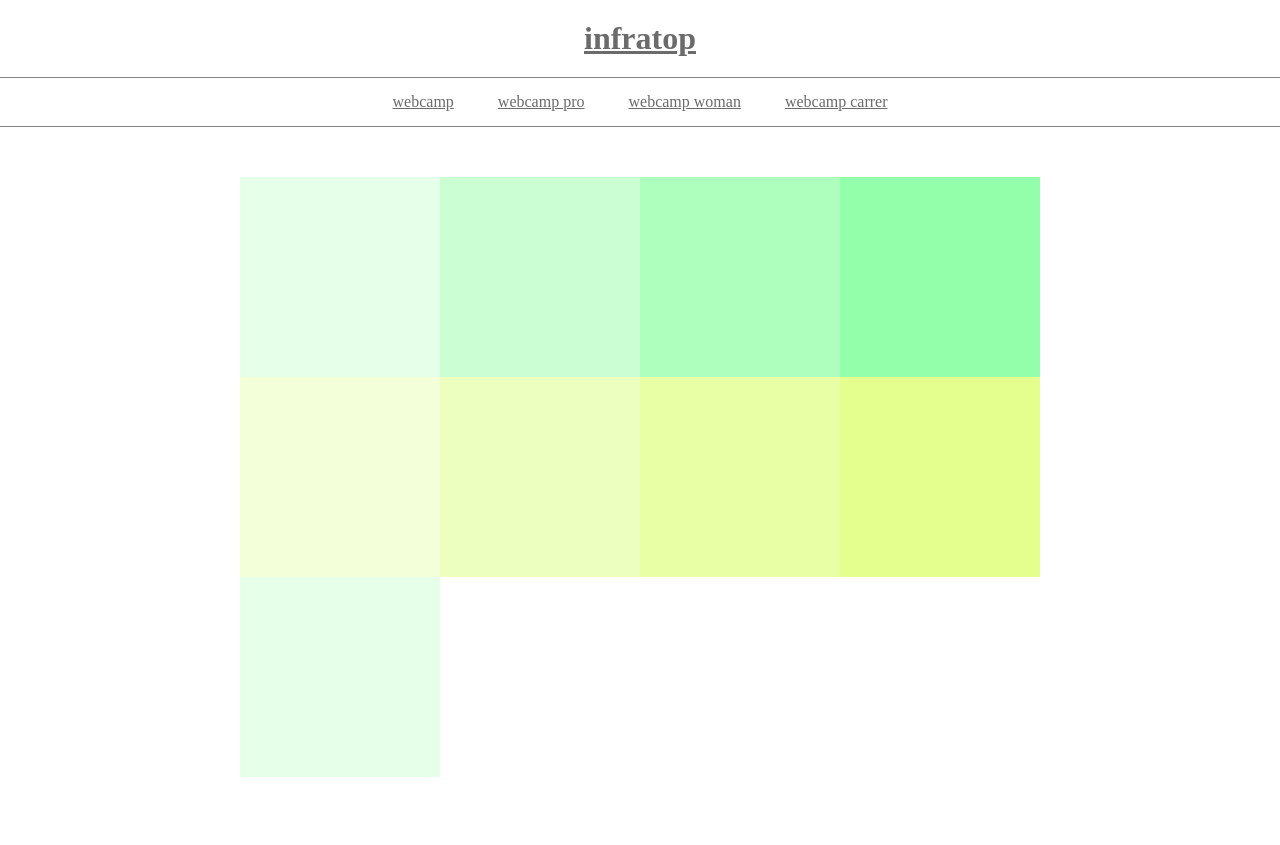
Repository: Raychel-310/chapter10
Page: chapter5_exercise/chapter5_exercise.html
The author's editor kept a record of every edit. The page is drawn from the files as they stood at one moment, then again after the next edit.
The browser window is 1280 px wide. The pictures show the whole page.

Above is the page before.

After the next edit:
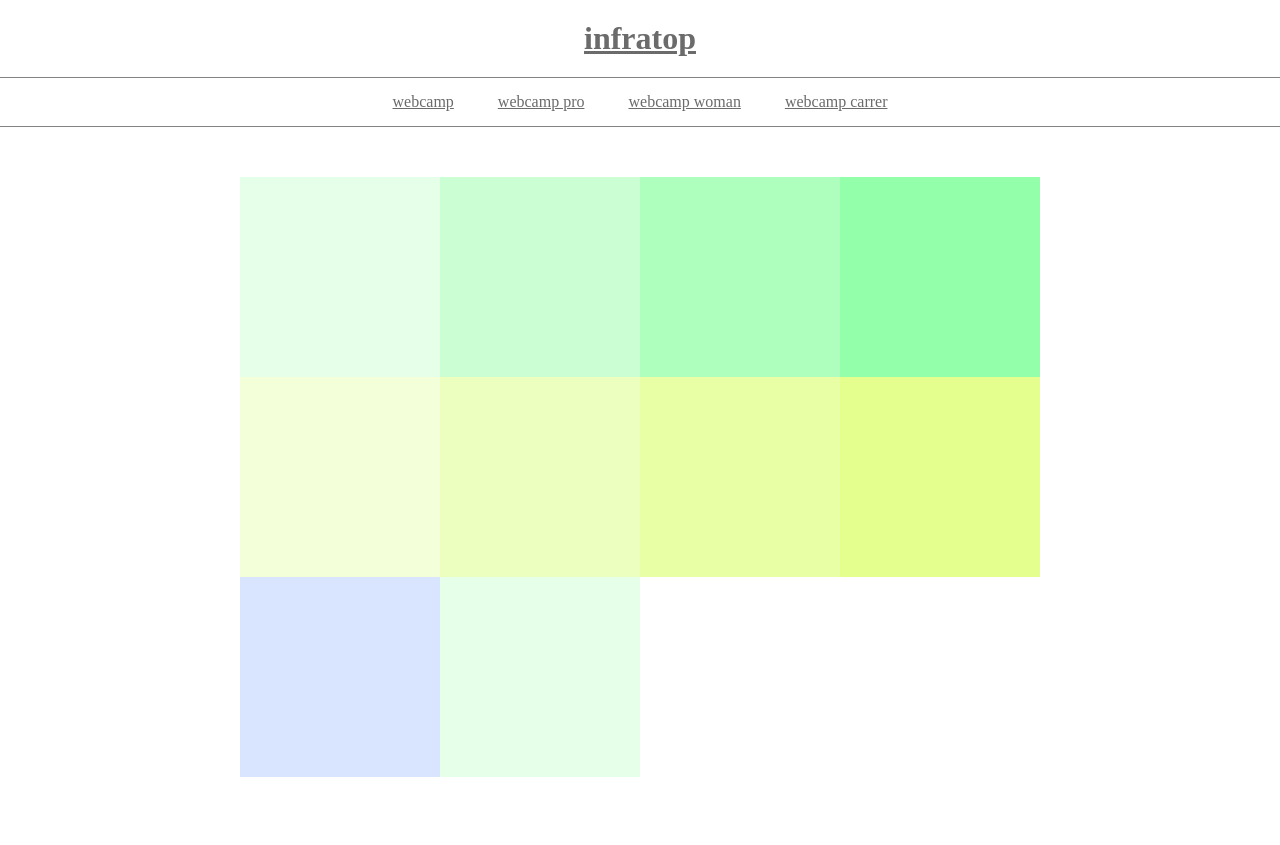
The edit:
--- a/chapter5_exercise/chapter5_exercise.css
+++ b/chapter5_exercise/chapter5_exercise.css
@@ -84,6 +84,12 @@
 .box9 {
   width: 200px;
   height: 200px;
+  background-color: #d9e5ff;
+}
+
+.box10 {
+  width: 200px;
+  height: 200px;
   background-color: #e6ffe9;
 }
 .footer-text {
